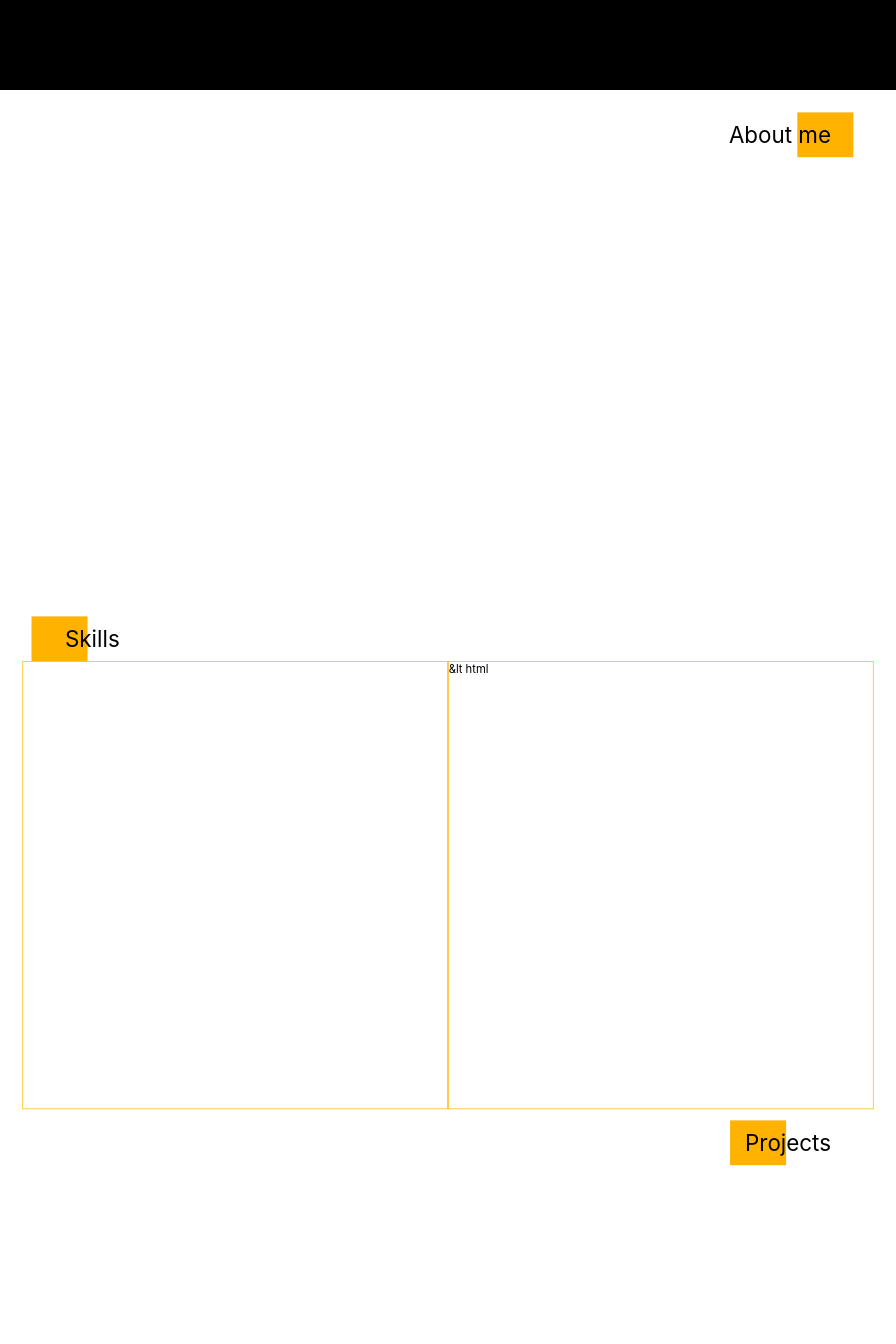
Repository: SebastianArmata22/Portfolio
Page: /
These files come from the project's save history. The page is drawn as it stood at one moment and after the next save; the edit follows.
The browser window is 1280 px wide. The pictures show the part of the page from y = 592 to 2512 px (the page is 3664 px tall), at 70% of full size.
The project was rebuilt for these pictures with package versions that can differ from the ones it lists, and the page was loaded fresh each time.

Above is the page before, as saved 2021-02-24 17:23:39.

After the next save:
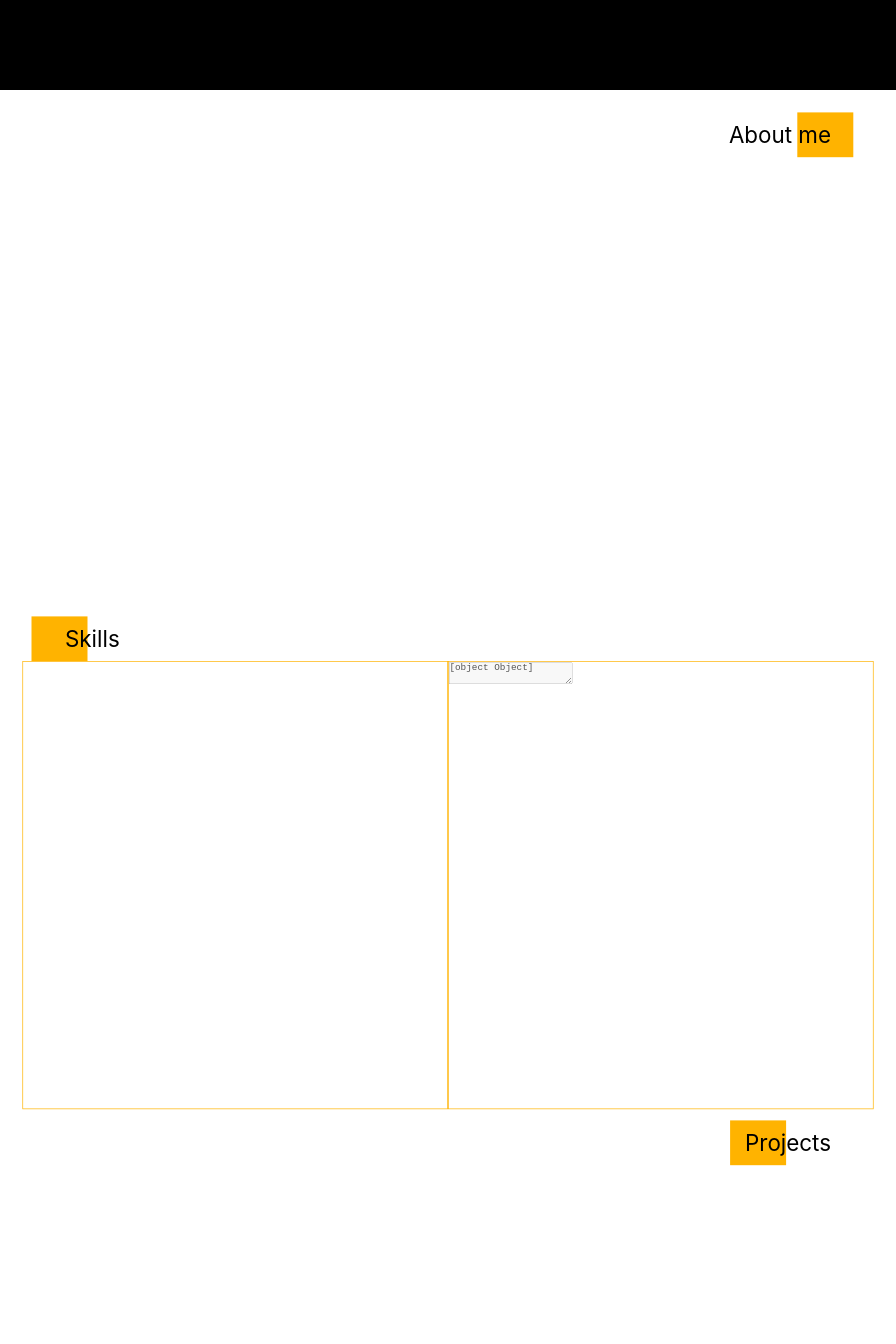
Saved 81 s later.
--- a/src/components/skills/Skills.js
+++ b/src/components/skills/Skills.js
@@ -10,7 +10,11 @@
             <main>
                 <div></div>
                 <div>
-                    <div>&lt html</div>
+                    <div>
+                        <textarea disabled>
+                            <html></html>
+                        </textarea>
+                    </div>
                     <div>
                     </div>
                 </div>
